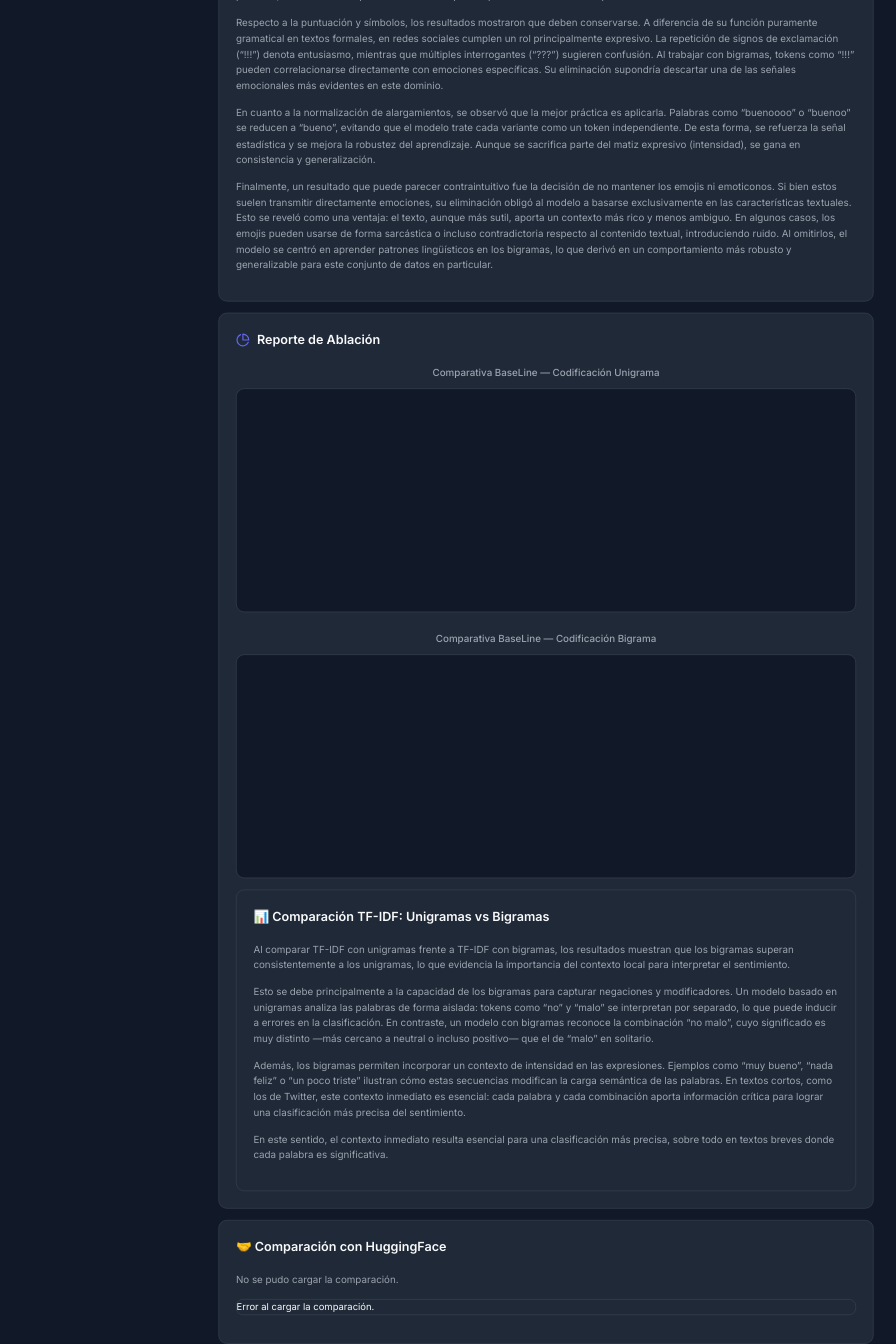
Repository: sergio285/NLP-Sentiment-analysis
Page: pagina/templates/index.html
The author's editor kept a record of every edit. The page is drawn from the files as they stood at one moment, then again after the next edit.
The browser window is 1280 px wide. The pictures show the part of the page from y = 1334 to 3254 px (the page is 3254 px tall before and 3193 px after), at 70% of full size.
A picture or video elsewhere on the page could not be fetched, so the positions and the page height are approximate. The page's requests for data from a server got no answer.

Above is the page before.

After the next edit:
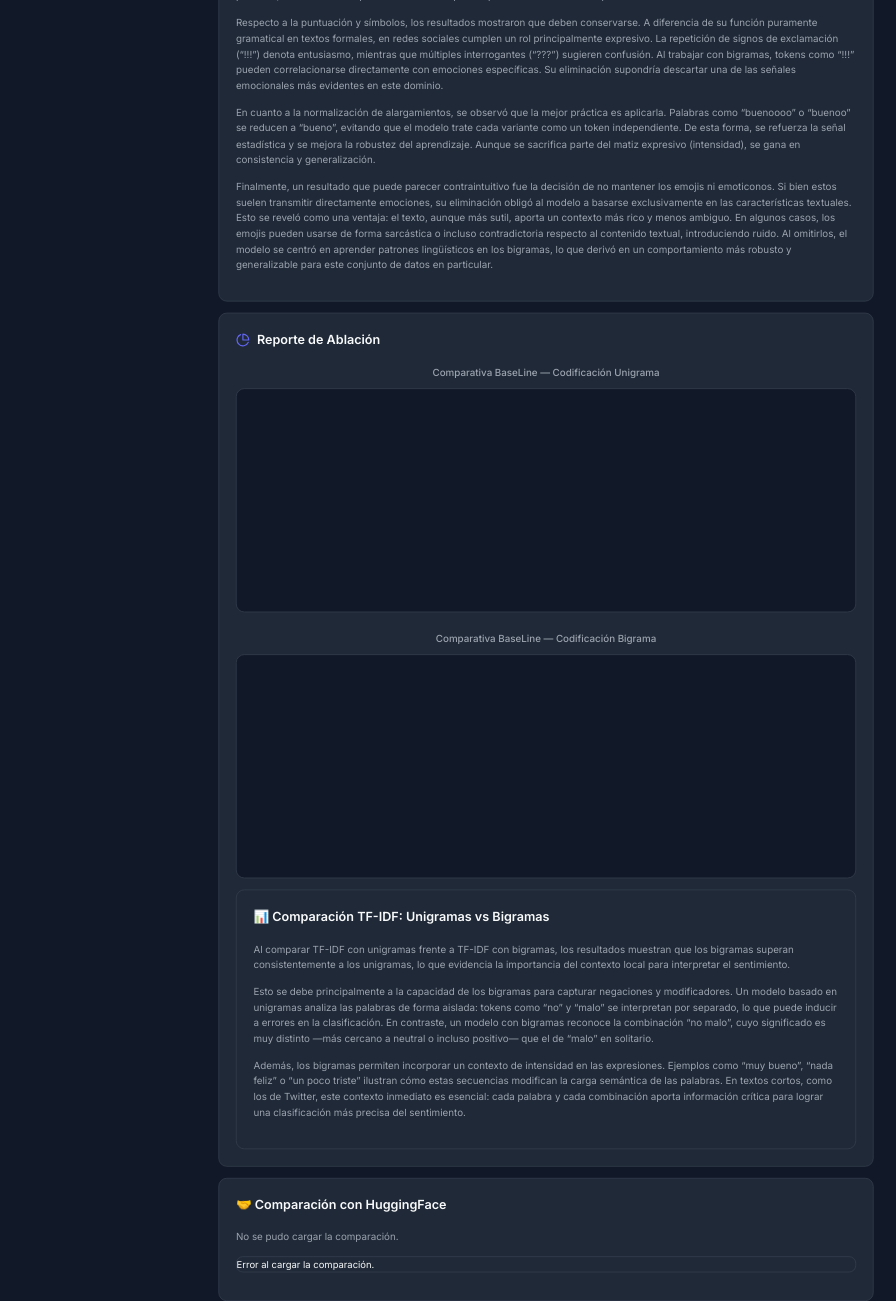
The edit:
--- a/pagina/templates/index.html
+++ b/pagina/templates/index.html
@@ -239,9 +239,6 @@
                 </p>
                 <p class="card-subtitle">
                     Además, los bigramas permiten incorporar un contexto de intensidad en las expresiones. Ejemplos como “muy bueno”, “nada feliz” o “un poco triste” ilustran cómo estas secuencias modifican la carga semántica de las palabras. En textos cortos, como los de Twitter, este contexto inmediato es esencial: cada palabra y cada combinación aporta información crítica para lograr una clasificación más precisa del sentimiento.
-                </p>
-                <p class="card-subtitle">
-                    En este sentido, el contexto inmediato resulta esencial para una clasificación más precisa, sobre todo en textos breves donde cada palabra es significativa.
                 </p>
             </div>
 
